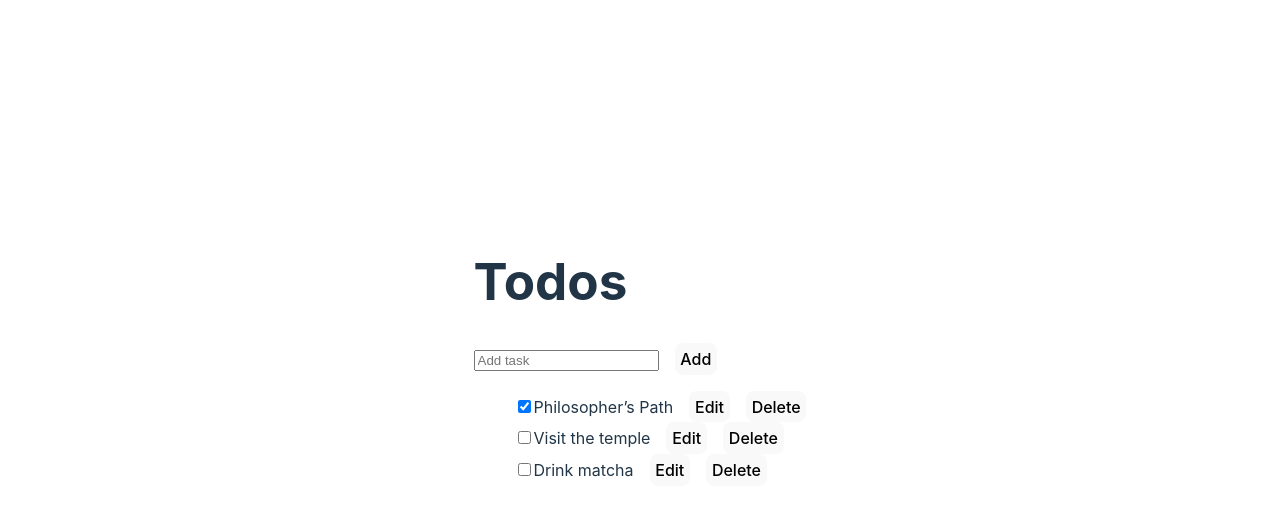
Repository: gitdumi/react-reducer
Page: /
An editor plug-in stored every save of this project. The page is shown before and after the next save, followed by the edit.
The browser window is 1280 px wide. The pictures show the whole page.
The project was rebuilt for these pictures with package versions that can differ from the ones it lists, and the page was loaded fresh each time. Also part of the build but not shown: vite.config.js.

Above is the page before, as saved 2023-03-16 14:31:03.

After the next save:
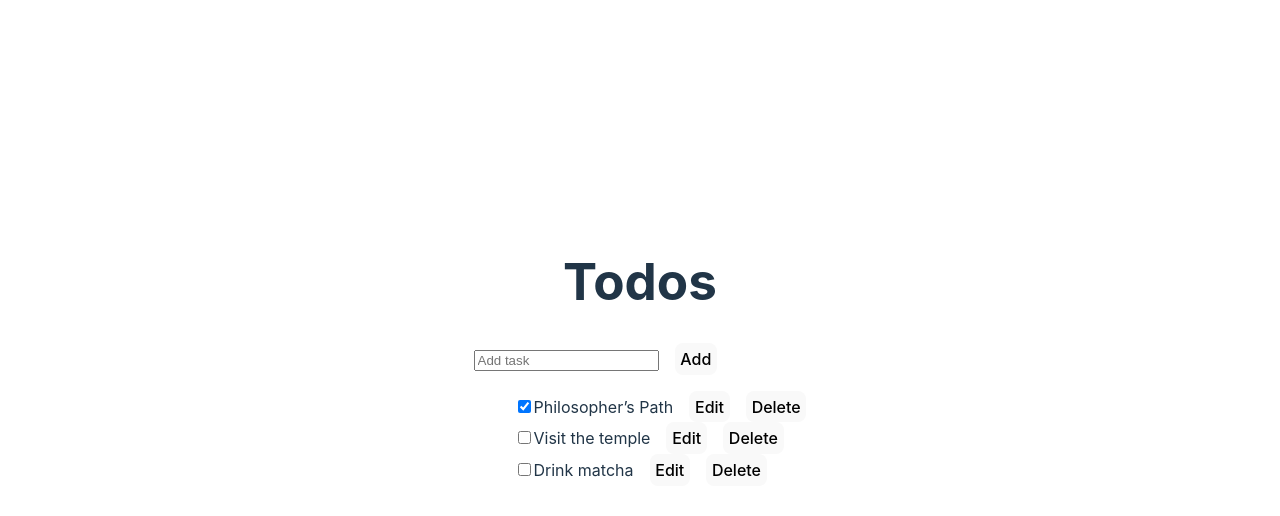
Saved 26 s later.
--- a/src/App.css
+++ b/src/App.css
@@ -5,6 +5,10 @@
   text-align: left;
 }
 
+h1 {
+  text-align: center;
+}
+
 ul {
   list-style: none;
 }
